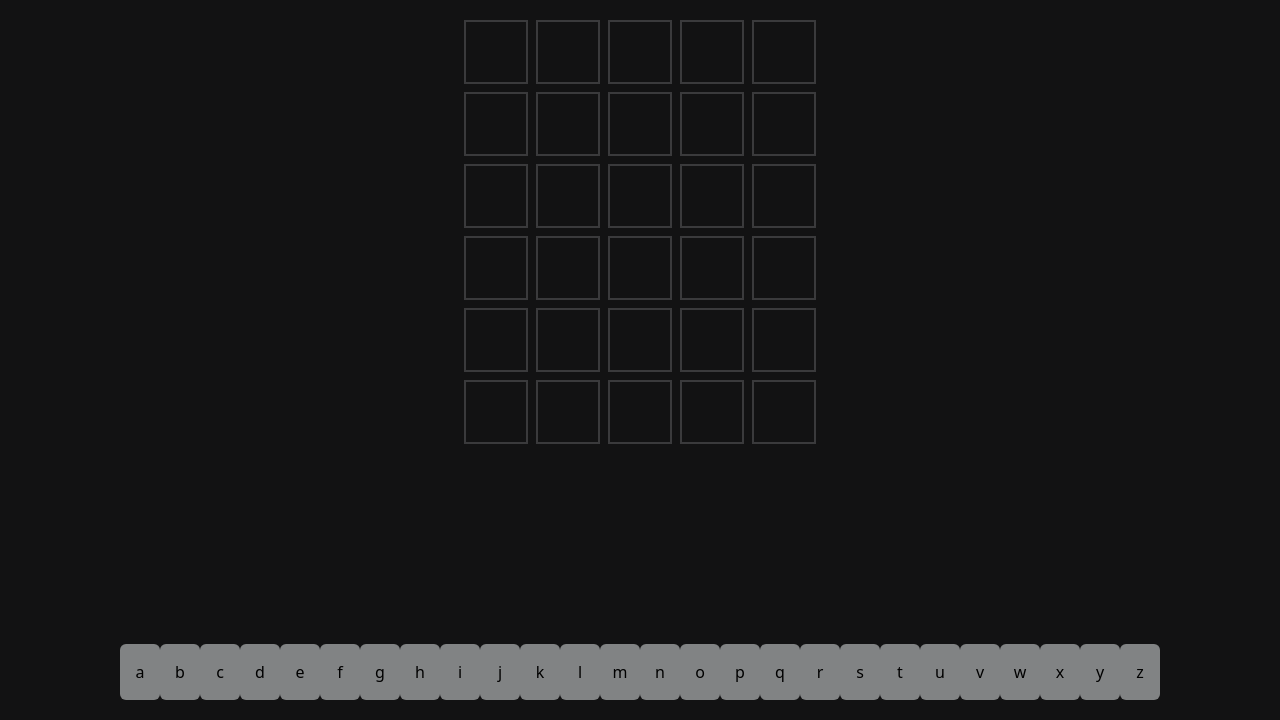
Repository: maxempolk/wordle-app
Page: / (app in frontend/)
The author's editor kept a copy of each file at every save. The page is drawn from the files as they stood at one save, then again after the next save.
The browser window is 1280 px wide. The pictures show the whole page.
The project was rebuilt for these pictures with package versions that can differ from the ones it lists, and the page was loaded fresh each time. Also part of the build but not shown: frontend/vite.config.ts.

Above is the page before, as saved 2025-02-19 03:16:54.

### frontend/src/assets/main.css
@import 'tailwindcss';

body {
  background-color: #121213;
}

### frontend/src/App.vue
<script setup lang="ts">
import { computed, onMounted, ref } from 'vue'
import TheLetter from './components/TheLetter.vue'
import { useTemplateRef } from 'vue'
import { paintWordle } from './utils/wordle'
import { useRealWordStore } from './stores/realWord'
import theKeyboard from '@/components/TheKeyboard.vue'

const store = useRealWordStore()

const words = ref<string[]>([])
const currentWord = ref<string>('')

type letterType = InstanceType<typeof TheLetter>
const letters = useTemplateRef<letterType[]>('letter')

const completeWord = () => {
  if (words.value.length >= 6 || currentWord.value === undefined) return
  words.value.push(currentWord.value)
  currentWord.value = ''
}

const slotsForCurrentWord = () => {
  const count = words.value.length
  return Array.from({ length: 5 }, (_, i) => count * 5 + i)
}

onMounted(() => {
  addEventListener('keydown', (e: KeyboardEvent) => {
    if (e.key == 'Enter' && currentWord.value.length == 5) {
      const colors = paintWordle(store.word, currentWord.value)
      slotsForCurrentWord().forEach((el: number) => {
        if (letters.value !== null) {
          letters.value[el].completeAnimation(colors[el % 5])
        }
      })
      completeWord()
    } else if (e.key == 'Backspace') currentWord.value = currentWord.value.slice(0, -1)
    else if (e.key.length == 1 && currentWord.value.length < 5) {
      currentWord.value += e.key
    }
  })
})

const rawData = computed(() => {
  return words.value.reduce((word1, word2) => word1 + word2, '') + currentWord.value
})
</script>

<template>
  <div class="flex w-screen h-screen justify-center items-center flex-col gap-50">
    <div class="grid gap-2 grid-cols-5 w-fit">
      <TheLetter v-for="i in 30" :key="i" :model-value="rawData[i - 1]" ref="letter" />
    </div>
    <theKeyboard />
  </div>
</template>

<style scoped></style>

### frontend/src/components/TheLetter.vue
<script setup lang="ts">
import { computed, ref, watch } from 'vue'
import { type State } from '@/types/state'

const props = defineProps<{
  modelValue?: string
}>()

const isRotated = ref(false)
const isScaled = ref(false)
const colors = ref<string[]>([])

const scaleAnimation = () => {
  isScaled.value = true

  setTimeout(() => {
    isScaled.value = false
  }, 150)
}

const stateToColor = (state: State) => {
  if (state == 'placed') return ['bg-[#548D4F]', 'border-[#548D4F]']
  else if (state == 'in-word') return ['bg-[#B69F3B]', 'border-[#B69F3B]']
  return ['bg-[#3A3A3C]', 'border-[#3A3A3C]']
  // else if (state == 'wrong') return 'bg-[#3A3A3C]'
}

const completeAnimation = (state: State) => {
  isRotated.value = true

  setTimeout(() => {
    colors.value = stateToColor(state)
  }, 150)
}

const borderDefaultColor = computed(() => {
  if (isRotated.value) return ''
  if (props.modelValue == undefined) if (props.modelValue === undefined) return 'border-[#3A3A3C]'
  return 'border-[#565758]'
})

watch(
  () => props.modelValue,
  () => {
    scaleAnimation()
  },
)

defineExpose({ completeAnimation })
</script>

<template>
  <div
    class="w-16 h-16 border-2 text-white flex justify-center items-center text-3xl uppercase duration-150"
    :class="[
      ...colors,
      borderDefaultColor,
      { rotateAnimation: isRotated },
      { 'scale-110': isScaled },
    ]"
    ref="block"
  >
    {{ modelValue }}
  </div>
</template>

<style scoped>
@keyframes rotateAnimationKeyFrames {
  0% {
    transform: scaleY(1);
  }
  50% {
    transform: scaleY(0);
  }
  100% {
    transform: scaleY(1);
  }
}

.rotateAnimation {
  animation: rotateAnimationKeyFrames 0.3s linear;
}
</style>

### frontend/src/utils/wordle.ts
import type { State } from '@/types/state'

export function paintWordle(guess: string, secretWord: string) {
  guess = guess.toLowerCase()
  secretWord = secretWord.toLowerCase()

  if (guess.length !== secretWord.length) {
    throw new Error('Words must be of the same length')
  }

  const result = Array(guess.length).fill('wrong')
  const secretWordArray = secretWord.split('') as Array<string | null>

  for (let i = 0; i < guess.length; i++) {
    if (guess[i] === secretWord[i]) {
      result[i] = 'placed'
      secretWordArray[i] = null
    }
  }

  for (let i = 0; i < guess.length; i++) {
    if (result[i] !== 'correct') {
      const index = secretWordArray.indexOf(guess[i])
      if (index !== -1) {
        result[i] = 'in-word'
        secretWordArray[index] = null
      }
    }
  }

  return result as State[]
}

### frontend/src/stores/realWord.ts
import { defineStore } from 'pinia'

export const useRealWordStore = defineStore('realWord', {
  state: () => ({
    word: 'penis',
  }),
  getters: {
    wordValue: (state) => state.word,
  },
  actions: {
    change(newWord: string) {
      this.word = newWord
    },
  },
})

### frontend/src/components/TheKeyboard.vue
<script setup lang="ts">
const alph = 'abcdefghijklmnopqrstuvwxyz'
</script>

<template>
  <div class="flex">
    <div
      class="bg-[#818384] h-14 w-10 rounded-md flex justify-center items-center"
      v-for="char in alph"
      :key="char"
    >
      {{ char }}
    </div>
  </div>
</template>

Loaded but not shown: frontend/index.html (common file); frontend/src/main.ts (common file)

After the next save:
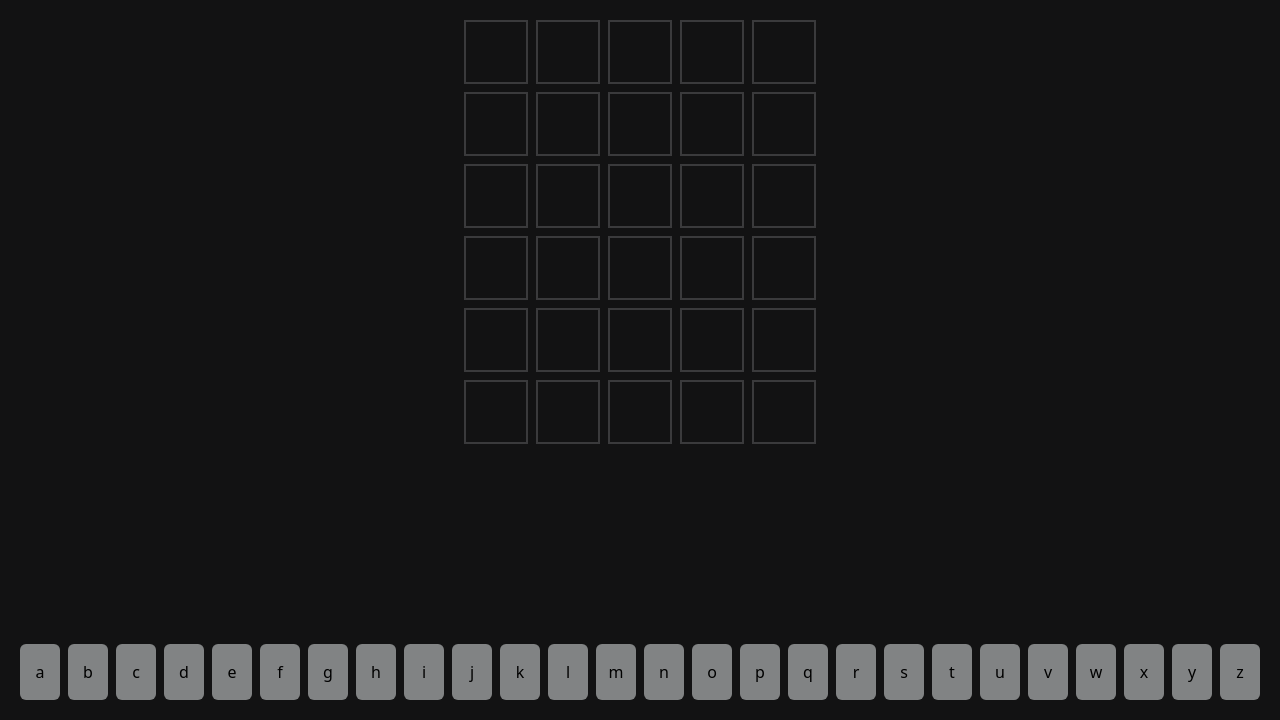
Saved 5 s later.
--- a/frontend/src/components/TheKeyboard.vue
+++ b/frontend/src/components/TheKeyboard.vue
@@ -3,7 +3,7 @@ const alph = 'abcdefghijklmnopqrstuvwxyz'
 </script>
 
 <template>
-  <div class="flex">
+  <div class="flex gap-2">
     <div
       class="bg-[#818384] h-14 w-10 rounded-md flex justify-center items-center"
       v-for="char in alph"
